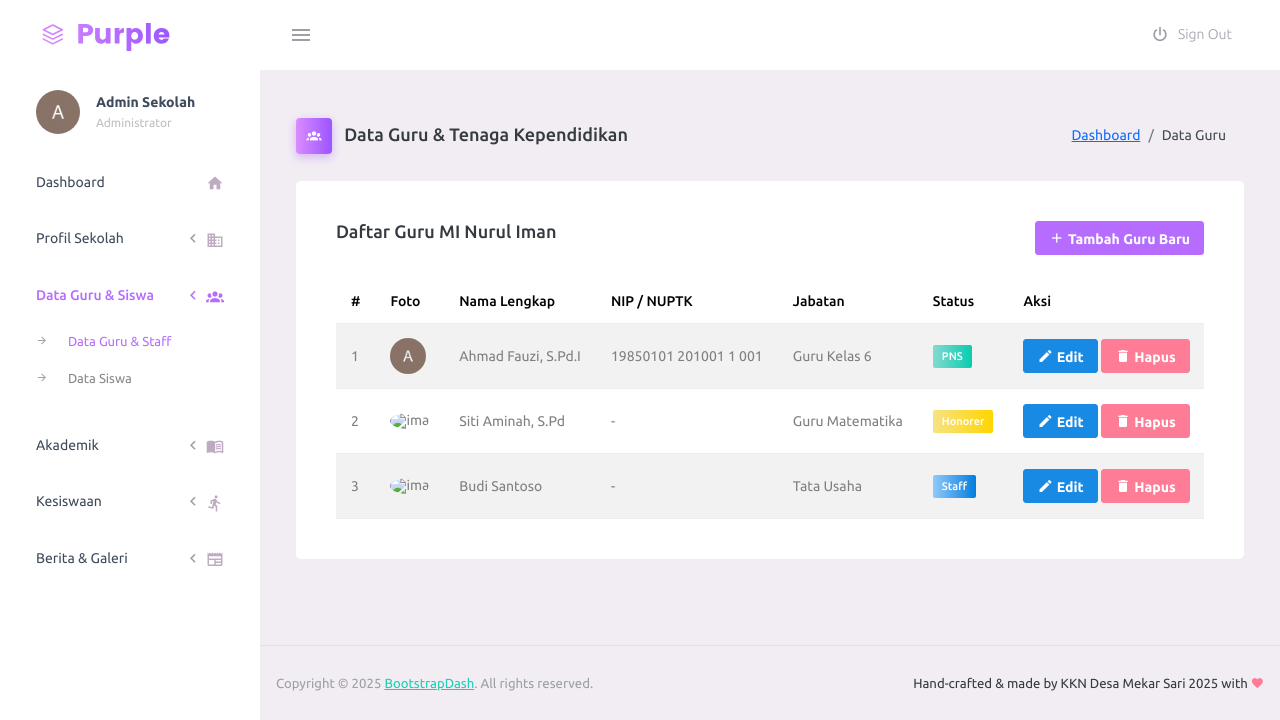
Repository: MKennyChaniago/sekolah-mi-nurul-iman
Page: http://localhost/admin/guru
These files come from the project's save history. The page is drawn as it stood at one moment and after a run of saves; the edit follows.
The browser window is 1280 px wide. The pictures show the whole page.
The page is served by the project's Laravel application, run on PHP 8.4 with Laravel 12. A made-up administrator, Test User (test@example.com), is signed in.

Above is the page before, as saved 2025-11-25 10:39:02.
Console error: TypeError: Cannot read properties of null (reading 'classList')

After the next 5 saves:
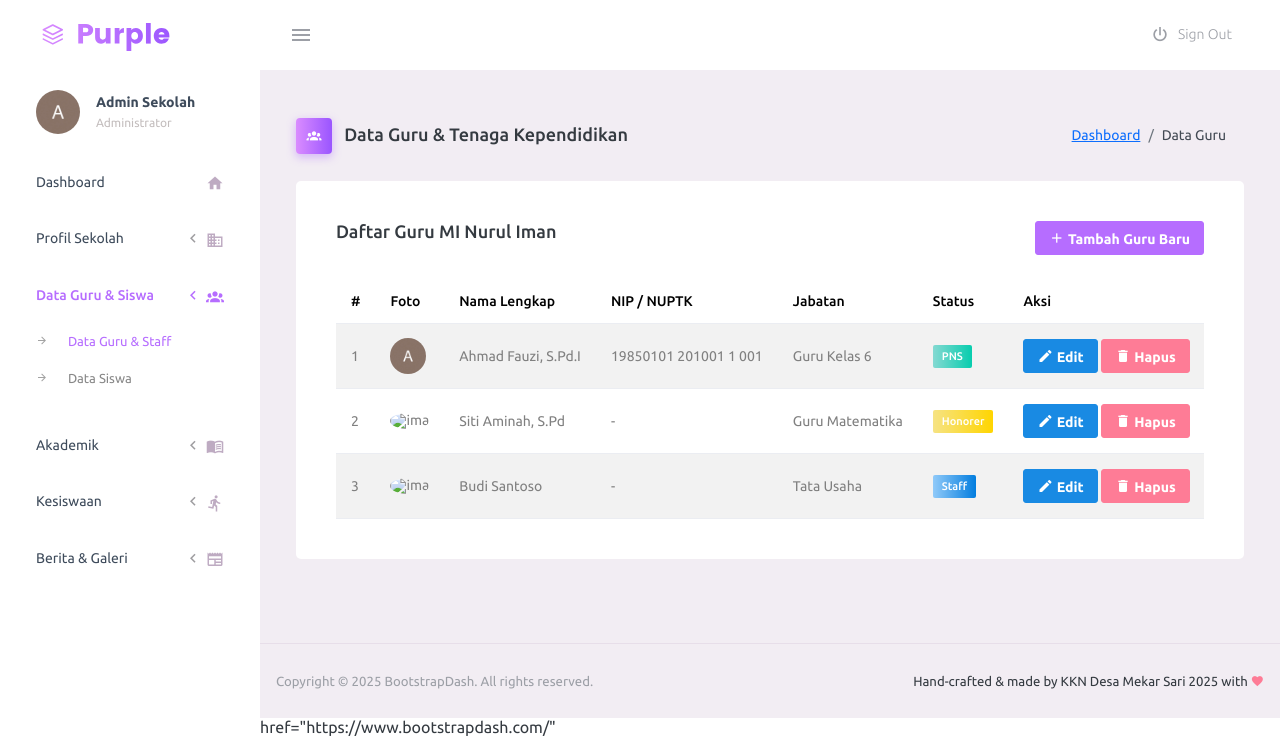
The 5 saves are shown as one change because they came seconds apart.
The last was saved 6 days later.
--- a/resources/views/admin/partials/footer.blade.php
+++ b/resources/views/admin/partials/footer.blade.php
@@ -1,6 +1,6 @@
 <footer class="footer">
   <div class="d-sm-flex justify-content-center justify-content-sm-between">
-    <span class="text-muted text-center text-sm-left d-block d-sm-inline-block">Copyright © 2025 <a href="https://www.bootstrapdash.com/" target="_blank">BootstrapDash</a>. All rights reserved.</span>
+    <span class="text-muted text-center text-sm-left d-block d-sm-inline-block">Copyright © 2025 <a target="_blank">BootstrapDash</a>. All rights reserved.</span>
     <span class="float-none float-sm-right d-block mt-1 mt-sm-0 text-center">Hand-crafted & made by KKN Desa Mekar Sari 2025 with <i class="mdi mdi-heart text-danger"></i></span>
   </div>
-</footer>
+</footer>href="https://www.bootstrapdash.com/"
